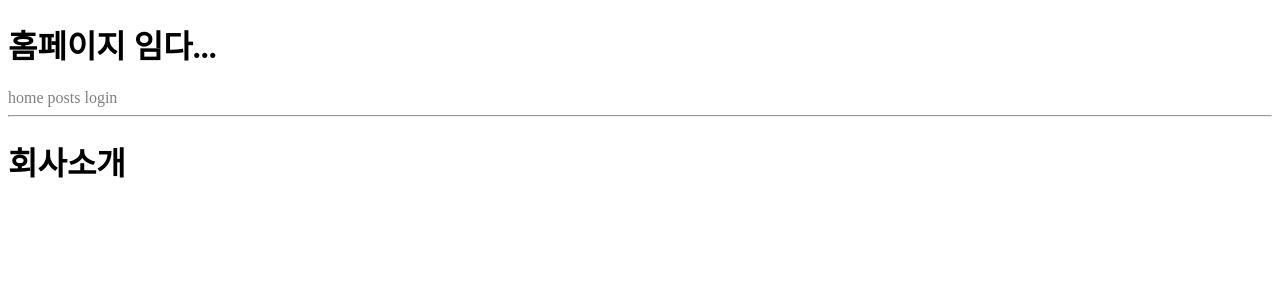
Repository: wkdtkgkek16/web01
Page: http://localhost/ex01/
The author's editor kept a copy of each file at every save. The page is drawn from the files as they stood at one save, then again after a run of saves.
The browser window is 1280 px wide. The pictures show the whole page.
The page is served by Tomcat 9.

Above is the page before, as saved 2023-03-27 01:07:41.

After the next 2 saves:
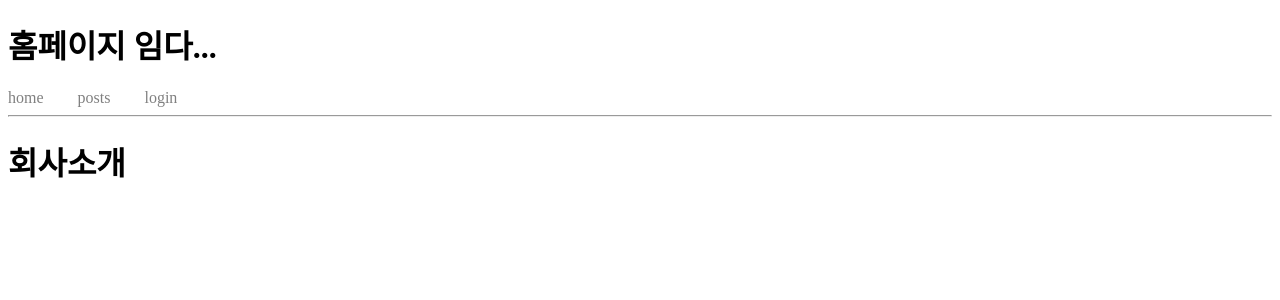
The 2 saves are shown as one change because they came seconds apart.
The last was saved 24 s later.
--- a/ex01/WebContent/home.jsp
+++ b/ex01/WebContent/home.jsp
@@ -10,6 +10,7 @@
 		color: gray;
 		font_size: 2.5rem;
 		text-decoration: none;
+		padding-right: 30px;
 	}
 </style>
 </head>
